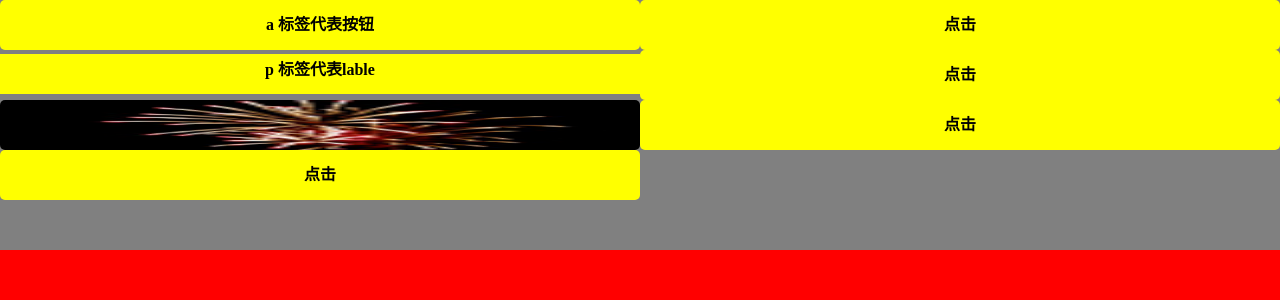
Repository: wangxinjun08231116/Html5Views
Page: WangXinJun/WebContent/htmls/ChangYongMark/ChangYongMark.html
These files come from the project's save history. The page is drawn as it stood at one moment and after the next save; the edit follows.
The browser window is 1280 px wide. The pictures show the whole page.

Above is the page before, as saved 2015-02-04 01:35:43.

After the next save:
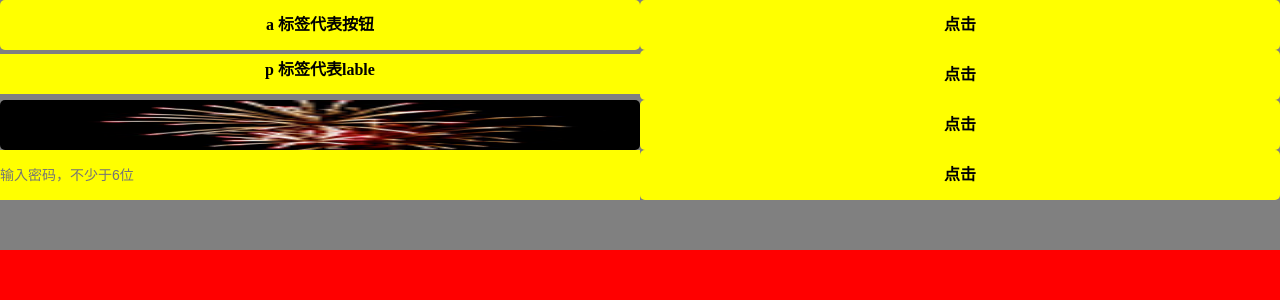
Saved 4 min 38 s later.
--- a/WangXinJun/WebContent/htmls/ChangYongMark/ChangYongMark.html
+++ b/WangXinJun/WebContent/htmls/ChangYongMark/ChangYongMark.html
@@ -25,13 +25,13 @@
 
 
 <div class="divItem" >
-	<a onclick="show_Input(this); return false;">点击</a>
+    <input id="inputMark" class="text-box" type="tel" maxlength="8" placeholder="输入密码，不少于6位" data-value="输入密码，不少于6位" onkeyup="checkfade2(this)">
+	<a onclick="show_inputMark(this); return false;">点击</a>
 </div>
 
 
 <div class="divItem" >
-<!--     <input id="inputMark" class="text-box" type="tel" maxlength="8" placeholder="输入密码，不少于6位" data-value="输入密码，不少于6位" onkeyup="checkfade2(this)">
- -->
+
  <!-- <a onclick="show_inputMark(this); return false;">点击</a> -->
 </div>
 
